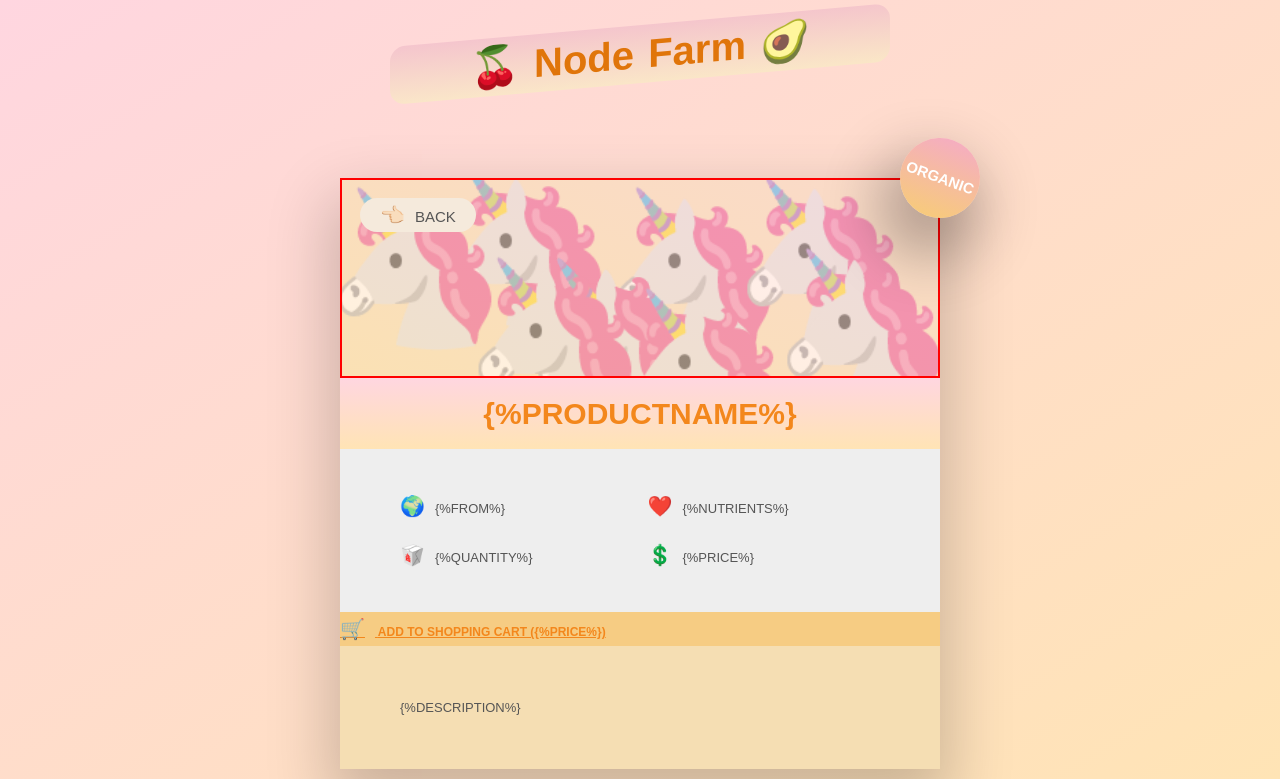
Repository: Kubraaygun/NodeFarm_Backend
Page: templates/product.html
An editor plug-in stored every save of this project. The page is shown before and after the next save, followed by the edit.
The browser window is 1280 px wide. The pictures show the whole page.

Above is the page before, as saved 2025-09-09 23:10:16.

After the next save:
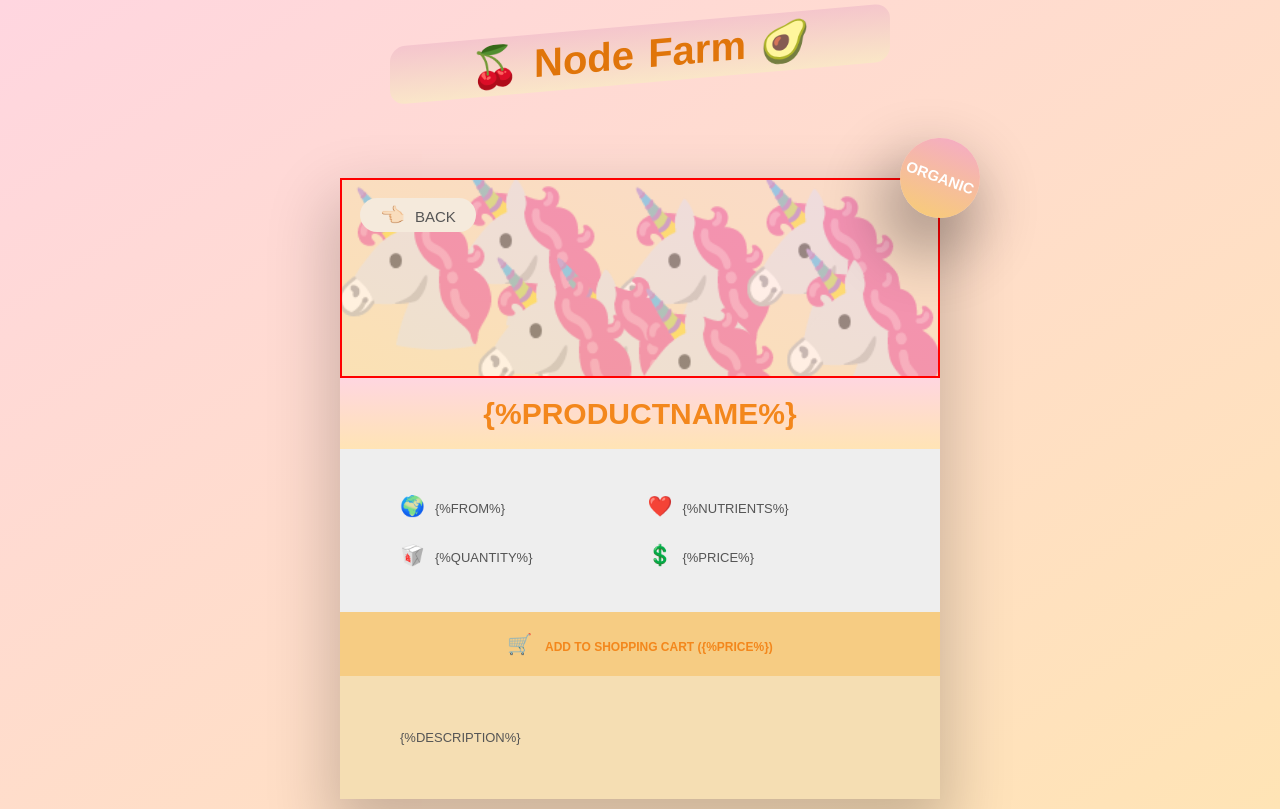
Saved 2 min 19 s later.
--- a/templates/product.html
+++ b/templates/product.html
@@ -200,6 +200,9 @@
         font-size: 1.2rem;
         font-weight: 700;
         text-transform: uppercase;
+        text-decoration: none;
+        text-align: center;
+        padding: 1.5rem;
       }
 
       .emoji-left {
